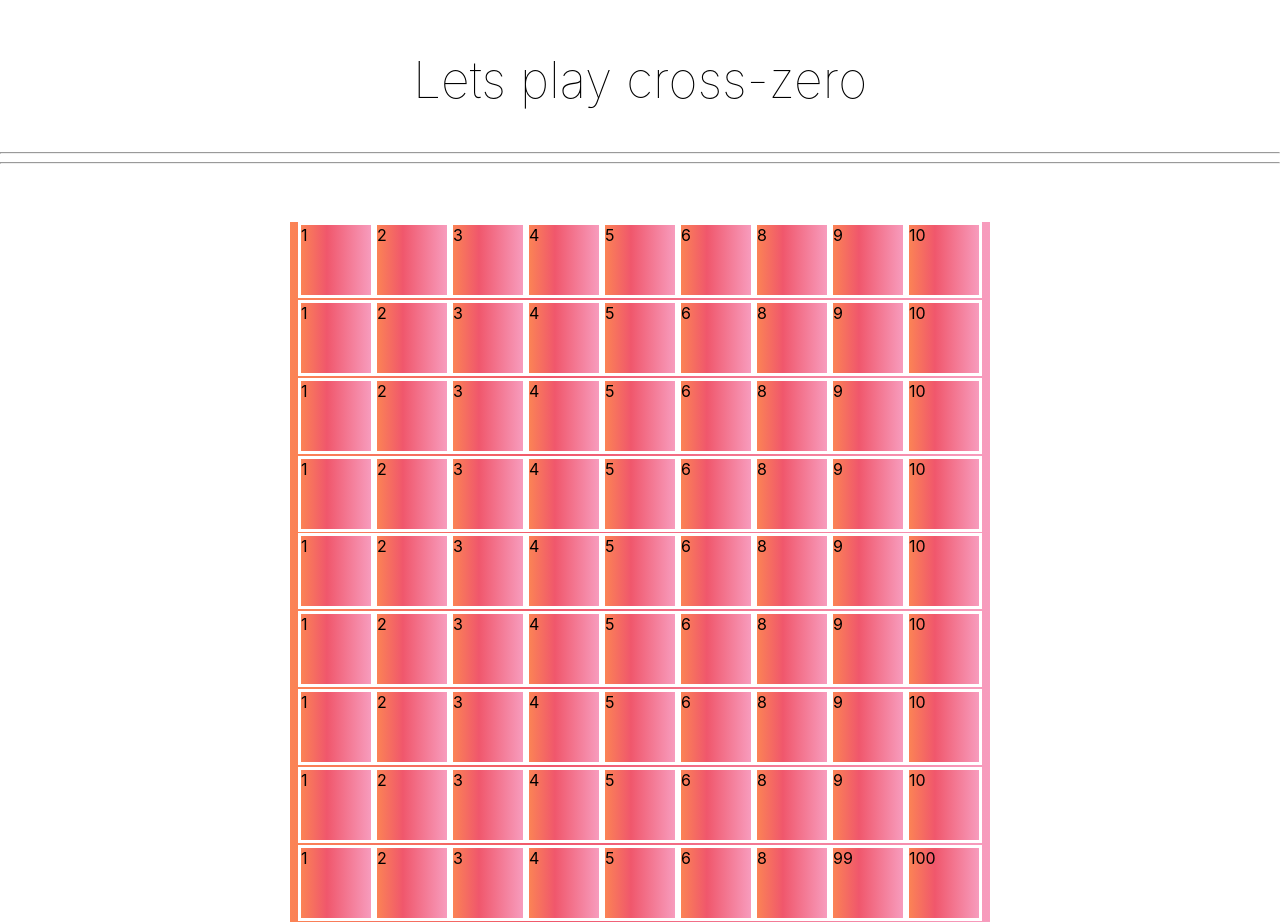
Repository: PGVlasov/cross-zero-game
Page: /
The author's editor kept a copy of each file at every save. The page is drawn from the files as they stood at one save, then again after the next save.
The browser window is 1280 px wide. The pictures show the whole page.
The project was rebuilt for these pictures with package versions that can differ from the ones it lists, and the page was loaded fresh each time. Also part of the build but not shown: webpack.config.js, src/Containers/Field/Field.module.css, src/Containers/Field/Field.js.

Above is the page before, as saved 2020-11-29 13:57:20.

After the next save:
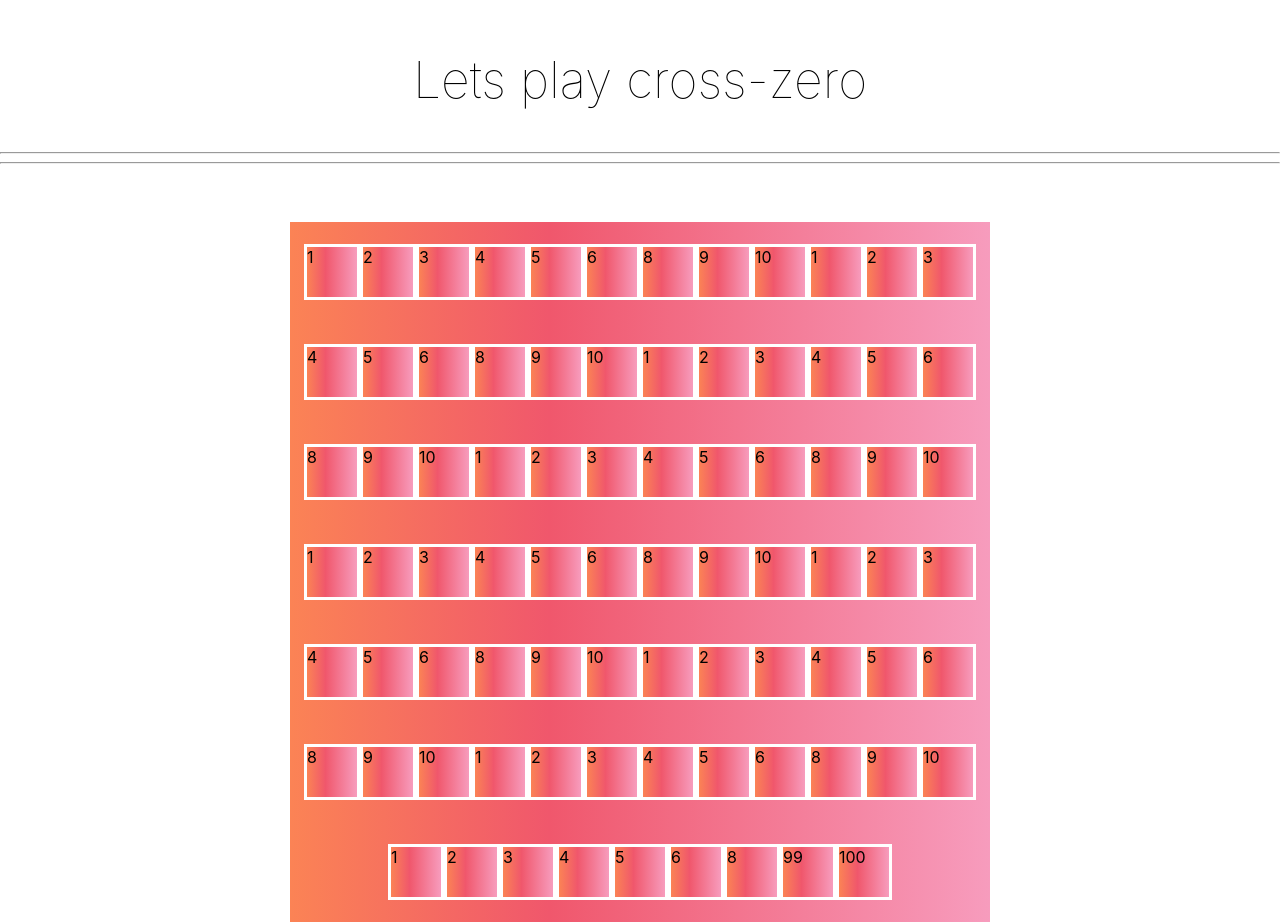
Saved 19 s later.
--- a/src/Containers/Field/Field1.module.css
+++ b/src/Containers/Field/Field1.module.css
@@ -12,8 +12,8 @@
 }
 
 .table {
-  width: 70px;
-  height: 70px;
+  width: 50px;
+  height: 50px;
   font-size: 500;
   border: white 3px solid;
   background: linear-gradient(90deg, #fb8355 0%, #f0576c 37%, #f79cbd 100%);
